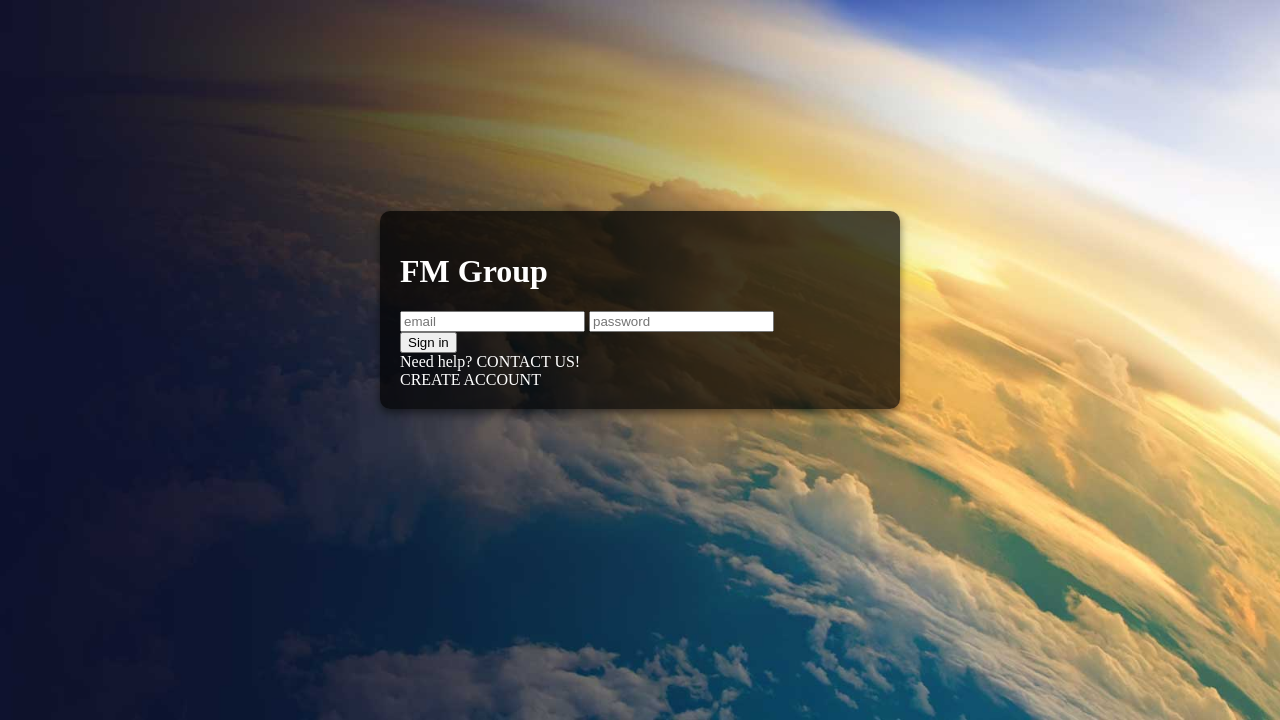
Repository: leeboseok/proposal-board
Page: http://localhost/ProposalSys/signin.jsp
These files come from the project's save history. The page is drawn as it stood at one moment and after the next save; the edit follows.
The browser window is 1280 px wide. The pictures show the whole page.
The page is served by Tomcat 9.

Above is the page before, as saved 2024-07-31 16:14:55.

After the next save:
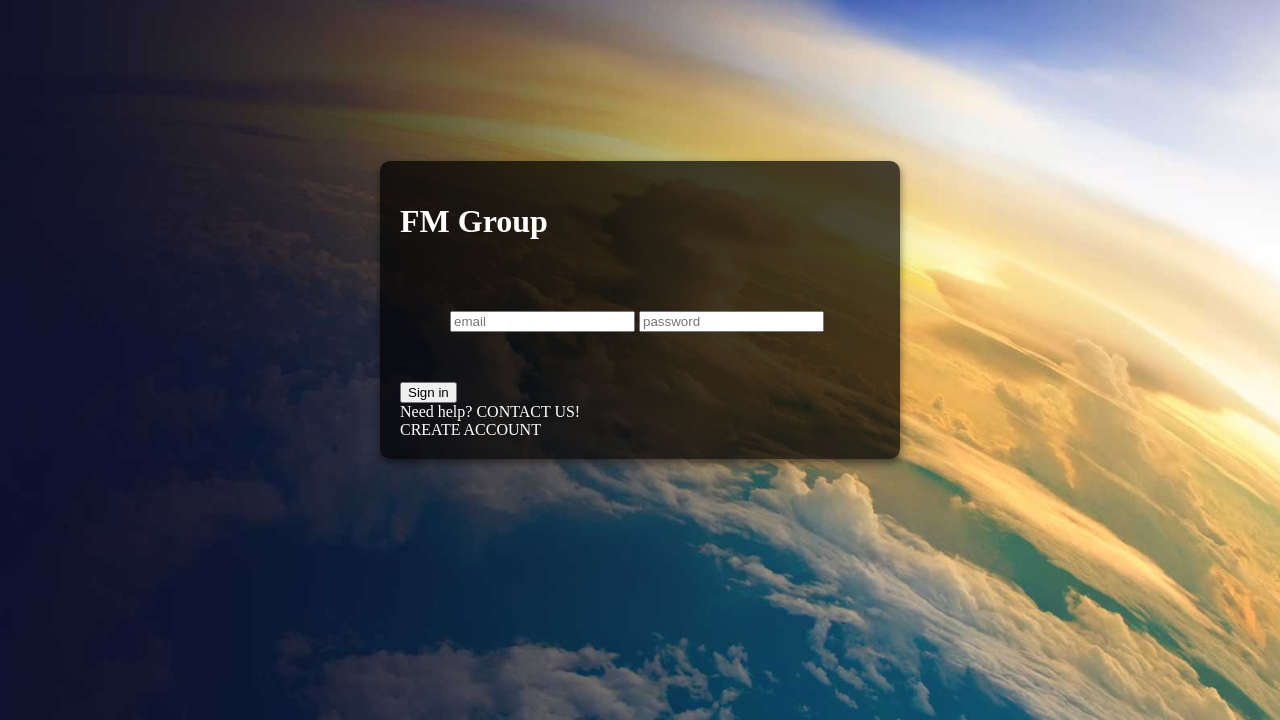
Saved 59 s later.
--- a/ProposalSys/src/main/webapp/css/signin.css
+++ b/ProposalSys/src/main/webapp/css/signin.css
@@ -28,6 +28,10 @@
     box-shadow: 0 4px 8px rgba(0, 0, 0, 0.5); /* Optional: shadow for better visual appeal */
     margin-top: -100px; /* Adjust this value to move the form upwards */
 }
+.idpw{
+	margin:0 auto;
+	padding:50px;
+}
 a{
 	text-decoration:none;
 	color:white;

After the save that followed:
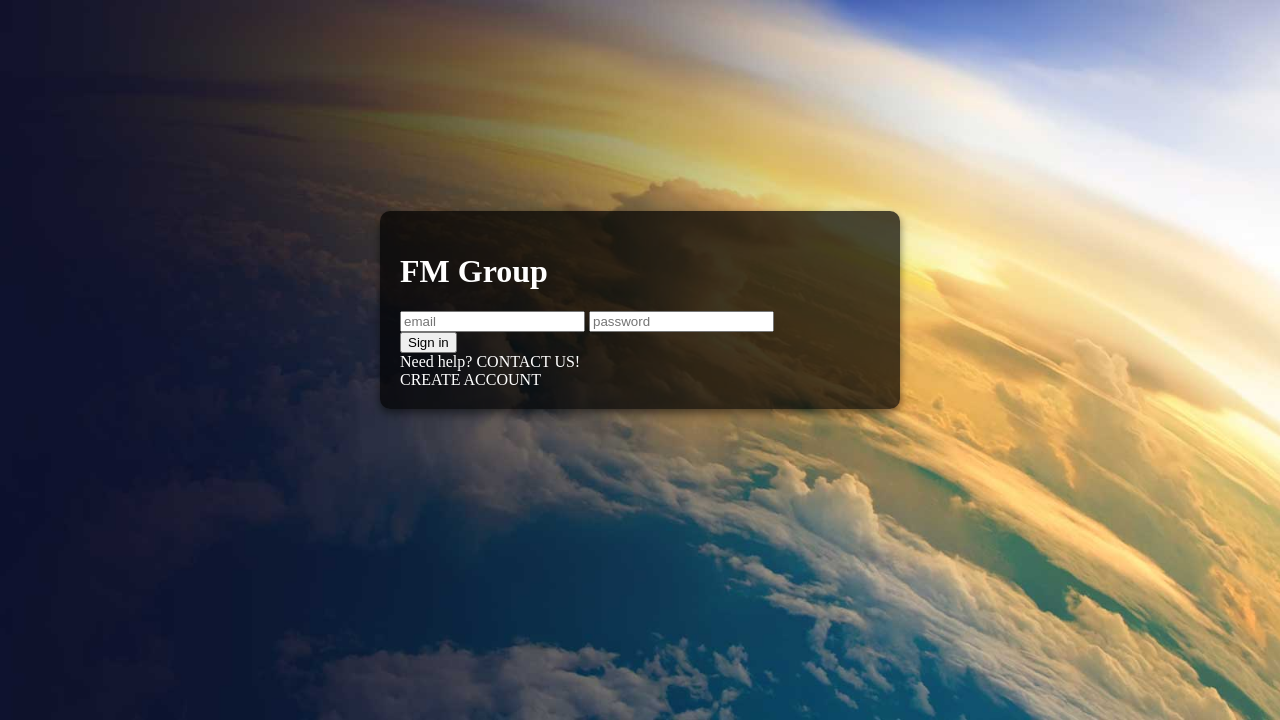
Saved 2 min 7 s later.
--- a/ProposalSys/src/main/webapp/css/signin.css
+++ b/ProposalSys/src/main/webapp/css/signin.css
@@ -26,11 +26,10 @@
     background-color: rgba(0, 0, 0, 0.7); /* Optional: background color for better visibility */
     border-radius: 10px; /* Optional: rounded corners */
     box-shadow: 0 4px 8px rgba(0, 0, 0, 0.5); /* Optional: shadow for better visual appeal */
-    margin-top: -100px; /* Adjust this value to move the form upwards */
+    transform: translateY(-50px) /* Adjust this value to move the form upwards */
 }
 .idpw{
-	margin:0 auto;
-	padding:50px;
+
 }
 a{
 	text-decoration:none;
